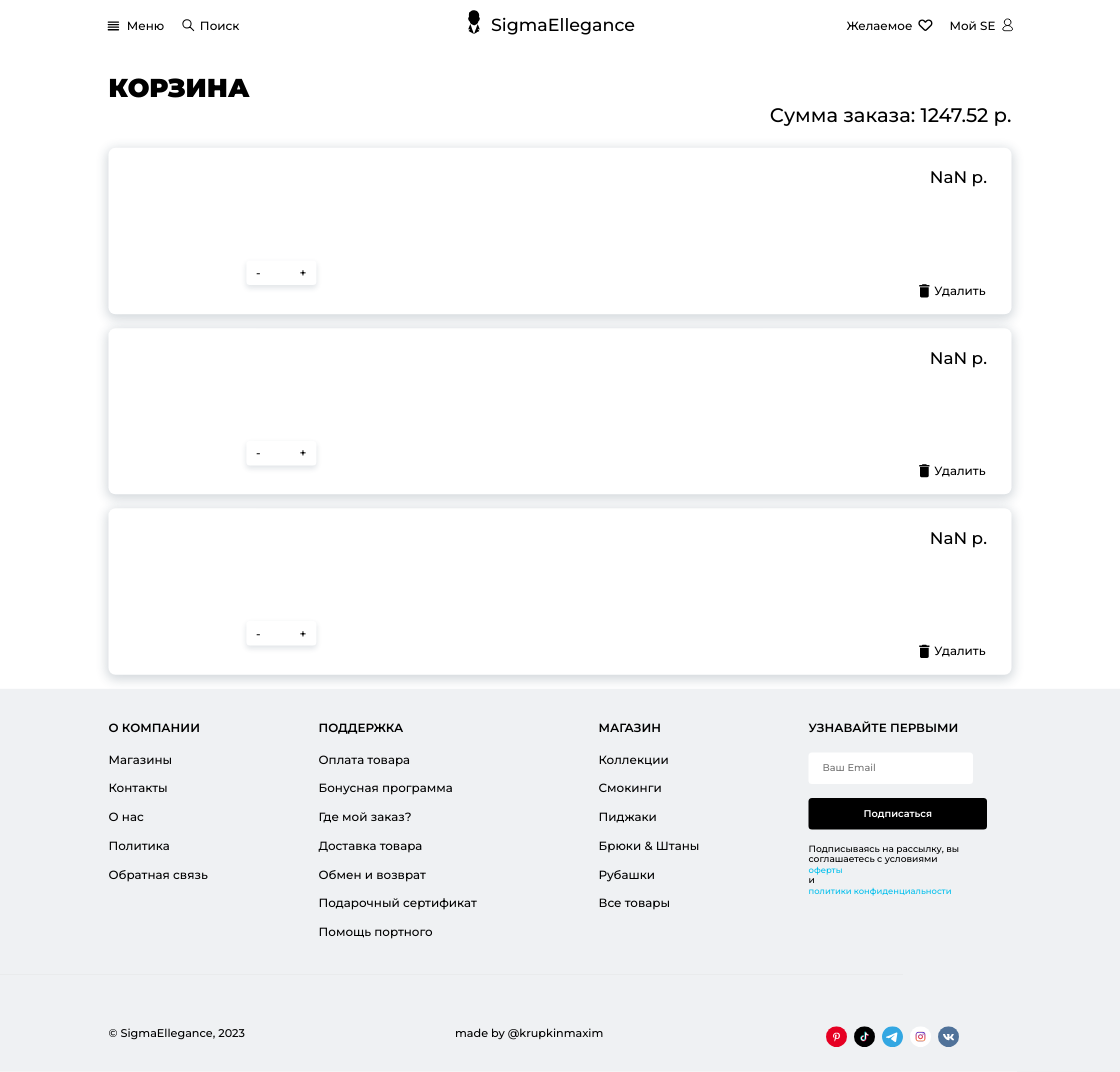
Repository: MaksimKrupkin/SigmaEllegance
Page: /cart
An editor plug-in stored every save of this project. The page is shown before and after the next save, followed by the edit.
The browser window is 1280 px wide. The page is 1600 px wide, so the pictures cover 1600 px, including what lies to the right of the window. The pictures show the whole page, at 70% of full size.
Some web fonts or font styles are not loaded; a fallback is used. The project was rebuilt for these pictures with package versions that can differ from the ones it lists, and the page was loaded fresh each time. Also part of the build but not shown: src/Components/SideBar/SideBar.module.css, src/Components/SideBar/SideBar.jsx, src/Pages/HomePage.module.css, src/Components/SliderWrapper/SliderWrapper.module.css, src/Components/SliderCard/SliderCard.module.css, src/Components/SliderCard/SliderCard.jsx, src/Components/LeftArrow/LeftArrow.module.css, src/Components/LeftArrow/LeftArrow.jsx and 31 more.

Above is the page before, as saved 2023-12-19 22:46:06.

### public/index.html
<!DOCTYPE html>
<html lang="en">
  <head>
    <meta charset="utf-8" />

    <meta name="viewport" content="width=device-width, initial-scale=1" />
    <link rel="icon" type="image/png" href="./favicon.png" sizes="32x32" />
    <link rel="preconnect" href="https://fonts.googleapis.com" />
    <link rel="preconnect" href="https://fonts.gstatic.com" crossorigin />
    <link
      href="https://fonts.googleapis.com/css2?family=Roboto:wght@400;500;700&display=swap"
      rel="stylesheet" />
    <link
      href="https://fonts.googleapis.com/css2?family=Montserrat:ital,wght@0,300;0,500;0,600;0,900;1,400;1,500&family=Roboto:wght@400;500;700&display=swap"
      rel="stylesheet" />
    <link rel="preconnect" href="https://fonts.googleapis.com" />
    <link rel="preconnect" href="https://fonts.gstatic.com" crossorigin />
    <link
      href="https://fonts.googleapis.com/css2?family=Montserrat:wght@300&family=Roboto:wght@400;500;700&display=swap"
      rel="stylesheet" />
    <link href="https://fonts.cdnfonts.com/css/montserrat" rel="stylesheet" />
    <title>SigmaEllegance</title>
  </head>
  <body>
    <div id="root"></div>
  </body>
</html>

### src/index.js
import React from 'react';
import ReactDOM from 'react-dom/client';
import App from './App';
import { BrowserRouter } from 'react-router-dom';
import { Provider } from 'react-redux';
import { store } from './Redux/store';

const root = ReactDOM.createRoot(document.getElementById('root'));
root.render(
  <Provider store={store}>
    <React.StrictMode>
      <BrowserRouter>
        <App />
      </BrowserRouter>
    </React.StrictMode>
  </Provider>,
);

### src/App.js
import React, { useState, useEffect, useRef } from 'react';
import Header from './Components/Header/Header';
import HomePage from './Pages/HomePage';
import styles from './App.module.css';
import GoodsPage from './Pages/GoodsPage/GoodsPage';
import OpenGoodPage from './Pages/OpenGoodPage/OpenGoodPage';
import Footer from './Components/Footer/Footer';
import { BrowserRouter, Route, Routes, useParams } from 'react-router-dom';
import AboutUs from './Pages/AboutUs/AboutUs';
import SearchPage from './Pages/SearchPage/SearchPage';
import Contacts from './Pages/Contacts/Contacts';
import Payment from './Pages/Payment/Payment';
import Cart from './Pages/Cart/Cart';

function App() {
  const { category, id } = useParams();
  const [sidebarOpen, setSidebarOpen] = useState(false);

  const closeSidebar = () => {
    setSidebarOpen(false);
  };

  useEffect(() => {
    const handleOutsideClick = (event) => {};

    document.addEventListener('mousedown', handleOutsideClick);

    return () => {
      document.removeEventListener('mousedown', handleOutsideClick);
    };
  }, []);
  return (
    <div className={styles.container}>
      <Header />
      <Routes>
        <Route path="/" element={<HomePage />} />
        <Route path="/goodspage/" element={<GoodsPage />} />
        <Route path="/goodspage/:category" element={<GoodsPage />} />
        <Route path="/goodspage/:category/:id" element={<OpenGoodPage />} />
        <Route path="/opengoodspage" element={<OpenGoodPage />} />
        <Route path="/opengoodspage/:category/:id" element={<OpenGoodPage />} />
        <Route path="/aboutUsPage" element={<AboutUs />} />
        <Route path="/searchPage" element={<SearchPage />} />
        <Route path="/contacts" element={<Contacts />} />
        <Route path="/payment" element={<Payment />} />
        <Route path="/cart" element={<Cart />} />
      </Routes>

      <Footer />
    </div>
  );
}

export default App;

### src/Redux/store.js
import { configureStore } from '@reduxjs/toolkit';
import cart from './slices/cartSlice';

export const store = configureStore({
  reducer: {
    cart,
  },
});

### src/Components/Header/Header.jsx
import React from 'react';
import { useState } from 'react';
import { Link } from 'react-router-dom';
import styles from './Header.module.css';
import logo from '../../assets/img/logo.svg';
import icon1 from '../../assets/img/Icon1.svg';
import icon2 from '../../assets/img/icon2.svg';
import icon3 from '../../assets/img/icon3.svg';
import icon4 from '../../assets/img/icon4.svg';
import SideBar from '../SideBar/SideBar';

function Header() {
  const [toggleMenu, setToggleMenu] = useState(false);
  const HandleToggle = () => {
    setToggleMenu(!toggleMenu);
  };
  console.log(toggleMenu);
  return (
    <header className={styles.header}>
      <div className={styles.left_part}>
        <div onClick={HandleToggle} className={styles.menu}>
          <img className={styles.icon1} src={icon1} alt="" />
          <p>Меню</p>
        </div>
        {toggleMenu && <SideBar HandleToggle={HandleToggle} />}

        <Link to="/searchPage" className={styles.search}>
          <img className={styles.icon2} src={icon2} alt="" />
          <p>Поиск</p>
        </Link>
      </div>
      <Link to="/" className={styles.logo_part}>
        <img className={styles.logo} src={logo} alt="" />
        <p>SigmaEllegance</p>
      </Link>
      <div className={styles.right_part}>
        <Link to="/cart" className={styles.liked}>
          <p>Желаемое</p>
          <img className={styles.icon3} src={icon3} alt="" />
        </Link>
        <Link className={styles.purchases}>
          <p>Мой SE</p>
          <img className={styles.icon4} src={icon4} alt="" />
        </Link>
      </div>
    </header>
  );
}

export default Header;

### src/App.module.css
body {
  font-family: 'Montserrat', sans-serif;
  display: block;
  margin: 0 auto;
  padding: 0;
  width: 100%;
  position: relative;
  overflow-x: hidden;
}
.container {
  width: 1600px;
  display: block;
  margin: 0 auto;
}

*,
*::before,
*::after {
  box-sizing: border-box;
}

/* Links */

a,
a:link,
a:visited {
  text-decoration: none;
}

a:hover {
  text-decoration: none;
}

/* Common */

aside,
nav,
header,
section,
main {
  display: block;
}

h1,
h2,
h3,
h4,
h5,
h6,
p {
  font-size: inherit;
  font-weight: inherit;
}

ul,
ul li {
  list-style: none;
}

img {
  vertical-align: top;
}

img,
svg {
  max-width: 100%;
  height: auto;
}

address {
  font-style: normal;
}

/* Form */

input,
textarea,
button,
select {
  font-family: inherit;
  font-size: inherit;
  color: inherit;
  background-color: transparent;
}

input::-ms-clear {
  display: none;
}

button,
input[type='submit'] {
  display: inline-block;
  box-shadow: none;
  background-color: transparent;
  background: none;
  cursor: pointer;
}

input:focus,
input:active,
button:focus,
button:active {
  outline: none;
}

button::-moz-focus-inner {
  padding: 0;
  border: 0;
}

label {
  cursor: pointer;
}

legend {
  display: block;
}

### src/Components/Footer/Footer.jsx
import React from 'react';
import icon1 from '../../assets/img/pint.svg';
import icon2 from '../../assets/img/TT.svg';
import icon3 from '../../assets/img/TG.svg';
import icon4 from '../../assets/img/IG.svg';
import icon5 from '../../assets/img/VK.svg';
import styles from './Footer.module.css';

export default function Footer() {
  return (
    <footer className={styles.footer}>
      <div className={styles.column_1}>
        <a className={styles.column_title}>О компании</a>
        <a className={styles.column_item}> Магазины</a>
        <a className={styles.column_item}>Контакты</a>
        <a className={styles.column_item}>О нас</a>
        <a className={styles.column_item}>Политика</a>
        <a className={styles.column_item}>Обратная связь</a>
      </div>
      <div className={styles.column_2}>
        <a className={styles.column_title}>Поддержка</a>
        <a className={styles.column_item}> Оплата товара</a>
        <a className={styles.column_item}>Бонусная программа</a>
        <a className={styles.column_item}>Где мой заказ?</a>
        <a className={styles.column_item}>Доставка товара</a>
        <a className={styles.column_item}>Обмен и возврат</a>
        <a className={styles.column_item}>Подарочный сертификат</a>
        <a className={styles.column_item}>Помощь портного</a>
      </div>
      <div className={styles.column_3}>
        <a className={styles.column_title}>Магазин</a>
        <a className={styles.column_item}> Коллекции</a>
        <a className={styles.column_item}>Смокинги</a>
        <a className={styles.column_item}>Пиджаки</a>
        <a className={styles.column_item}>Брюки & Штаны</a>
        <a className={styles.column_item}>Рубашки</a>
        <a className={styles.column_item}>Все товары</a>
      </div>
      <div className={styles.footer_form}>
        <div className={styles.footer_form_title}>Узнавайте первыми</div>
        <form action={styles.text}>
          <input className={styles.footer_form_email} type="text" placeholder="Ваш Email" />
        </form>
        <div className={styles.footer_button}>
          <div className={styles.footer_link}>Подписаться</div>
        </div>
        <div className={styles.policy}>
          Подписываясь на рассылку, вы соглашаетесь с условиями{' '}
          <a href="" className={styles.policy_link}>
            оферты
          </a>{' '}
          и <a className={styles.policy_link}>политики конфиденциальности</a>{' '}
        </div>
      </div>
      <div className={styles.footer_border}>
        <img src="/img/Border.svg" alt="" />
      </div>
      <div className={styles.sigma_corp}>© SigmaEllegance, 2023</div>
      <div className={styles.made_by}>made by @krupkinmaxim</div>
      <div className={styles.social_networks}>
        <img className={styles.pintrest} src={icon1} alt="" />
        <img className={styles.tik_tok} src={icon2} alt="" />
        <img className={styles.telegram} src={icon3} alt="" />
        <img className={styles.instagram} src={icon4} alt="" />
        <img className={styles.vk} src={icon5} alt="" />
      </div>
    </footer>
  );
}

### src/Pages/Cart/Cart.jsx
import React from 'react';
import styles from './Cart.module.css';
import CartGood from './CartGood/CartGoods';
import { useDispatch, useSelector } from 'react-redux';

export default function Cart() {
  const dispatch = useDispatch();
  // const cartItem = useSelector((state) => state.cart.items.find((obj) => obj.image1 === image1));

  return (
    <div className={styles.wrapper}>
      <div className={styles.container}>
        <div className={styles.title}>Корзина</div>
        <div className={styles.sum}>Сумма заказа: 1247.52 р.</div>
        <CartGood />
        <CartGood />
        <CartGood />
      </div>
    </div>
  );
}

### src/Redux/slices/cartSlice.js
import { createSlice } from '@reduxjs/toolkit';

const initialState = {
  totalPrice: 0,
  items: [],
};

const cartSlice = createSlice({
  name: 'cart',
  initialState,
  reducers: {
    // addItem(state, action) {
    //   state.items.push(action.payload);
    //   state.totalPrice = state.items.reduce((sum, obj) => {
    //     return obj.price + sum;
    //   }, 0);
    // },
    addItem(state, action) {
      const findItem = state.items.find((obj) => obj.image1 === action.payload.image1);
      if (findItem) {
        findItem.count++;
      } else {
        state.items.push({
          ...action.payload,
          count: 1,
        });
      }
      state.totalPrice = state.items.reduce((sum, obj) => {
        return obj.price * obj.count + sum;
      }, 0);
    },
    removeItem(state, action) {
      state.items = state.items.filter((obj) => obj.id !== action.payload);
    },
  },
});

export const { addItem, removeItem } = cartSlice.actions;

export default cartSlice.reducer;

### src/Components/Header/Header.module.css
.header {
  font-family: 'Montserrat', sans-serif;
  margin: 0 auto;
  width: 100%;
  height: 10vh;
  display: flex;
  justify-content: space-around;
  align-items: center;
}

.left_part {
  display: flex;
  justify-content: space-between;
  align-items: center;
  gap: 25px;
  color: #000;
  margin-bottom: -2px;

  font-family: Montserrat;
  font-size: 17px;
  font-style: normal;
  font-weight: 500;
  line-height: normal;
}
.menu {
  display: flex;
  justify-content: space-between;
  align-items: center;
  gap: 8px;
  cursor: pointer;
}
.menu:hover {
  color: rgb(80, 77, 77);
}
.icon1 {
  width: 22px;
  height: 22px;
  margin-bottom: 1px;
}
.search {
  display: flex;
  justify-content: space-between;
  align-items: center;
  gap: 8px;
  cursor: pointer;
  color: black;
}

.search:hover {
  color: rgb(80, 77, 77);
}
.icon2 {
  width: 18px;
  height: 18px;
  margin-bottom: 3px;
}

.logo_part {
  margin-bottom: 3px;
  display: flex;
  justify-content: space-between;
  align-items: center;

  color: #000;

  font-family: Montserrat;
  font-size: 25px;
  font-style: normal;
  font-weight: 400;
  line-height: normal;
  cursor: pointer;
}

.logo {
  width: 67.375px;
  height: 69.103px;
  flex-shrink: 0;
  margin-right: -10px;
}
.right_part {
  margin-bottom: -2px;
  display: flex;
  justify-content: space-between;
  align-items: center;
  gap: 23px;
  font-family: Montserrat;
  font-size: 17px;
  font-style: normal;
  font-weight: 500;
  line-height: normal;
}

.liked {
  color: black;
  display: flex;
  justify-content: space-between;
  align-items: center;
  gap: 8px;
  cursor: pointer;
}
.liked:hover {
  color: rgb(80, 77, 77);
}
.icon3 {
  width: 22px;
  height: 22px;
  margin-bottom: 3px;
}

.purchases {
  color: black;
  display: flex;
  justify-content: space-between;
  align-items: center;
  gap: 8px;
  cursor: pointer;
}
.purchases:hover {
  color: rgb(80, 77, 77);
}

.icon4 {
  width: 19px;
  height: 19px;
  margin-bottom: 3px;
}

### src/Components/Footer/Footer.module.css
.footer {
  background-color: #eff1f3;
  width: 1600px;
  height: 547px;
  position: absolute;
  overflow-y: hidden;
  margin-top: 0px;
}
a {
  display: block;
}

.column_1 {
  position: absolute;
  top: 45px;
  left: 155px;
}

.column_2 {
  position: absolute;
  top: 45px;
  left: 455px;
}

.column_3 {
  position: absolute;
  top: 45px;
  left: 855px;
}
.column_title {
  font-style: normal;
  font-weight: 600;
  font-size: 17px;
  line-height: 21px;
  text-transform: uppercase;
  color: #000000;
  margin-bottom: 25px;
}

.column_item {
  font-family: 'Montserrat';
  font-style: normal;
  font-weight: 400;
  font-size: 17px;
  line-height: 21px;
  color: #000000;
  margin-bottom: 20px;
  cursor: pointer;
}

.footer_form {
  position: absolute;
  top: 45px;
  left: 1155px;
}

.footer_form_title {
  font-style: normal;
  font-weight: 600;
  font-size: 17px;
  line-height: 21px;
  text-transform: uppercase;
  color: #000000;
  margin-bottom: 25px;
}
.footer {
  opacity: 1;
}
.footer_form_email {
  width: 235px;
  height: 45px;
  background-color: white;
  border: none;
  border-radius: 5px;
  font-style: normal;
  font-weight: 400;
  font-size: 14px;
  line-height: 17px;
  padding-left: 20px;
  color: rgba(0, 0, 0, 0.4);
}
.footer_form_email:focus {
  border: 2px solid black;
}

.footer_button {
  margin-top: 20px;
  margin-bottom: 20px;
  width: 255px;
  background-color: #000000;
  border-radius: 5px;
  text-align: center;
  font-style: normal;
  font-weight: 600;
  font-size: 14px;
  line-height: 45px;
  color: #ffffff;
  cursor: pointer;
}
.footer_link {
  color: #ffffff;
}

.policy {
  width: 254px;
  font-style: normal;
  font-weight: 400;
  font-size: 13px;
  line-height: 15px;
  color: #000000;
}
.policy_link {
  font-style: normal;
  font-weight: 400;
  font-size: 12px;
  line-height: 15px;
  color: #00bfed;
}

.footer_border {
  position: absolute;
  bottom: 120px;
}

.sigma_corp {
  position: absolute;
  left: 155px;
  bottom: 45px;

  font-weight: 500;
}

.made_by {
  position: absolute;
  left: 650px;
  bottom: 45px;
  font-weight: 500;
}

.social_networks {
  position: absolute;
  left: 1180px;
  bottom: 35px;
}
.pintrest {
  width: 30px;
  height: 30px;
  margin-right: 10px;
  transition: all 0.1s ease-in;
  cursor: pointer;
}
.pintrest:hover {
  width: 35px;
  height: 35px;
  transform: translateY(-3px);
}
.tik_tok {
  width: 30px;
  height: 30px;
  margin-right: 10px;
  transition: all 0.1s ease-in;
  cursor: pointer;
}
.tik_tok:hover {
  width: 35px;
  height: 35px;
  transform: translateY(-3px);
}
.telegram {
  width: 30px;
  height: 30px;
  margin-right: 10px;
  transition: all 0.1s ease-in;
  cursor: pointer;
}
.telegram:hover {
  width: 35px;
  height: 35px;
  transform: translateY(-3px);
}
.instagram {
  width: 30px;
  height: 30px;
  margin-right: 10px;
  transition: all 0.1s ease-in;
  cursor: pointer;
}
.instagram:hover {
  width: 35px;
  height: 35px;
  transform: translateY(-3px);
}
.vk {
  width: 30px;
  height: 30px;
  margin-right: 10px;
  transition: all 0.1s ease-in;
  cursor: pointer;
}
.vk:hover {
  width: 35px;
  height: 35px;
  transform: translateY(-3px);
}

### src/Pages/Cart/Cart.module.css
.wrapper {
  width: 1600px;
  min-height: 90vh;
  display: flex;
  justify-content: center;
}
.container {
  width: 1290px;
}
.title {
  margin-top: 30px;
  color: #000;

  font-family: Montserrat;
  font-size: 37px;
  font-style: normal;
  font-weight: 700;
  line-height: normal;
  text-transform: uppercase;
}
.sum {
  font-size: 28px;
  font-weight: 500;
  text-align: right;
  margin-bottom: 30px;
}

### src/Pages/Cart/CartGood/CartGoods.jsx
import React from 'react';
import styles from './CartGood.module.css';
import image from '../../../assets/img/bruki-1.webp';
import { MdDelete } from 'react-icons/md';

export default function CartGood({ price, image1, type, color, count }) {
  return (
    <div className={styles.good_item}>
      <img className={styles.goods_img} src={image1} alt="" />
      <div className={styles.left}>
        <div className={styles.goods_data}>
          <p className={styles.goods_type}>{type}</p>
          <p className={styles.goods_color}>{color}</p>
        </div>
        <div className={styles.goods_count}>
          <div>-</div>
          <div>{count}</div>
          <div>+</div>
        </div>
      </div>
      <div className={styles.right}>
        <p className={styles.goods_price}>{price * count} р.</p>
        <div className={styles.goods_delete}>
          <MdDelete fontSize={25} />
          <p className={styles.delete_text}>Удалить</p>
        </div>
      </div>
    </div>
  );
}

### src/Pages/Cart/CartGood/CartGood.module.css
.good_item {
  padding: 15px;

  width: 100%;
  height: 33vh;
  border-radius: 10px;
  display: flex;
  justify-content: space-between;
  align-items: center;
  -webkit-box-shadow: 0px 4px 15px 3px rgba(34, 60, 80, 0.2);
  -moz-box-shadow: 0px 4px 15px 3px rgba(34, 60, 80, 0.2);
  box-shadow: 0px 4px 15px 3px rgba(34, 60, 80, 0.2);
  margin-bottom: 20px;
  transition: all 0.15s ease-out;
}
.good_item:hover {
  -webkit-box-shadow: 0px 7px 18px 9px rgba(34, 60, 80, 0.24);
  -moz-box-shadow: 0px 7px 18px 9px rgba(34, 60, 80, 0.24);
  box-shadow: 0px 7px 18px 9px rgba(34, 60, 80, 0.24);
}

.goods_img {
  width: 146px;
  border-radius: 4px;
}
.left {
  display: flex;
  flex-direction: column;
  align-items: space-between;
  gap: 100px;
  margin-left: -820px;
}
.goods_data {
  display: flex;
  flex-direction: column;
  justify-content: start;
  gap: 10px;
  font-size: 17px;
  font-weight: 500;
}
.goods_count {
  font-size: 17px;
  cursor: pointer;
  display: flex;
  align-items: center;
  justify-content: space-around;
  width: 100px;
  height: 35px;
  border-radius: 5px;
  margin: 0;

  -webkit-box-shadow: 0px 4px 7px 1px rgba(34, 60, 80, 0.12);
  -moz-box-shadow: 0px 4px 7px 1px rgba(34, 60, 80, 0.12);
  box-shadow: 0px 4px 7px 1px rgba(34, 60, 80, 0.12);
}
.goods_type {
  line-height: 17px;
  margin: 0;
}
.goods_color {
  line-height: 17px;
  padding-bottom: 5px;
  margin: 0;
  margin-top: 5px;
}
.right {
  margin-top: 30px;
  margin-right: 20px;
  height: 100%;
  display: flex;
  flex-direction: column;
  align-items: end;
  font-size: 17px;
  font-weight: 500;
  gap: 120px;
}
.goods_price {
  font-size: 24px;
  margin: 0;
  margin-top: -2px;
}
.goods_delete {
  margin: 0;
  margin-right: 2px;
  display: flex;
  justify-content: space-between;
  align-items: center;
  gap: 2px;
  cursor: pointer;
  transition: all 0.2s ease-in;
}
.goods_delete:hover {
  color: rgb(203, 28, 28);
}

After the next save:
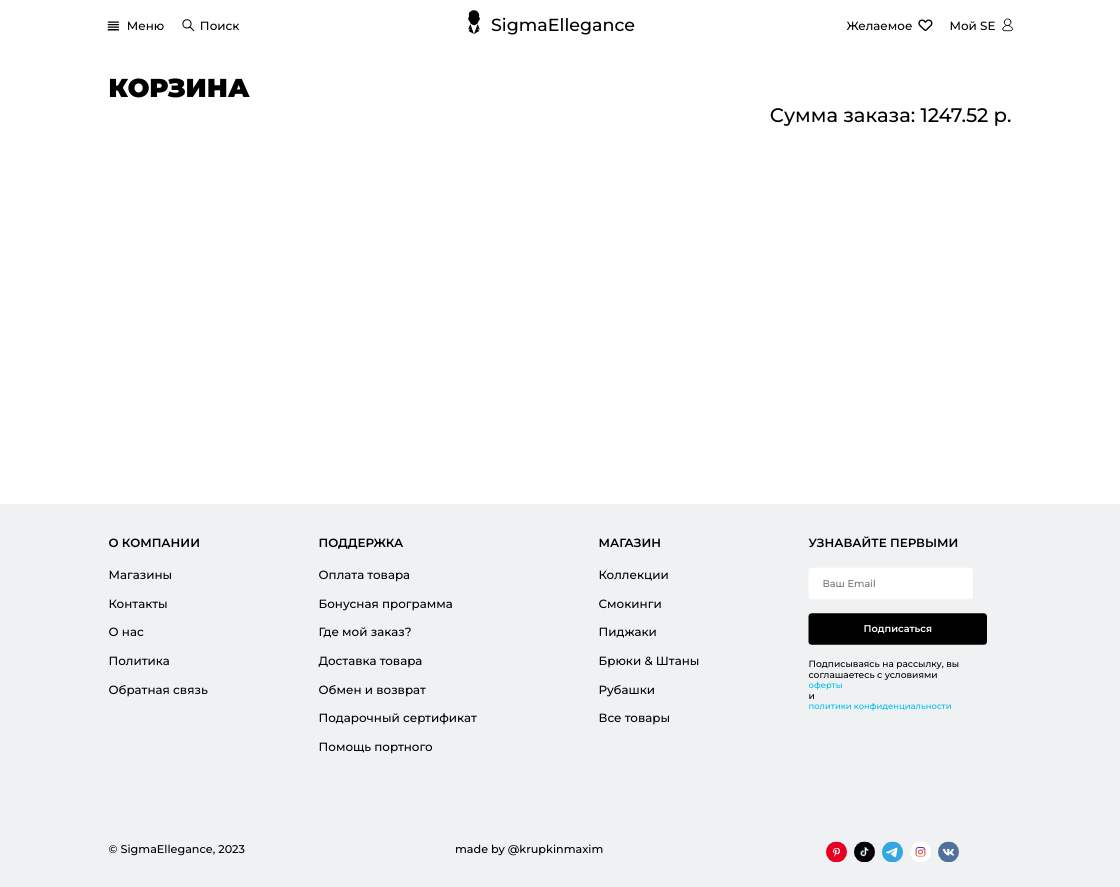
Saved 52 s later.
--- a/src/Pages/Cart/Cart.jsx
+++ b/src/Pages/Cart/Cart.jsx
@@ -5,16 +5,16 @@ import { useDispatch, useSelector } from 'react-redux';
 
 export default function Cart() {
   const dispatch = useDispatch();
-  // const cartItem = useSelector((state) => state.cart.items.find((obj) => obj.image1 === image1));
+  const items = useSelector((state) => state.cart.items);
 
   return (
     <div className={styles.wrapper}>
       <div className={styles.container}>
         <div className={styles.title}>Корзина</div>
         <div className={styles.sum}>Сумма заказа: 1247.52 р.</div>
-        <CartGood />
-        <CartGood />
-        <CartGood />
+        {items.map((item) => (
+          <CartGood />
+        ))}
       </div>
     </div>
   );
